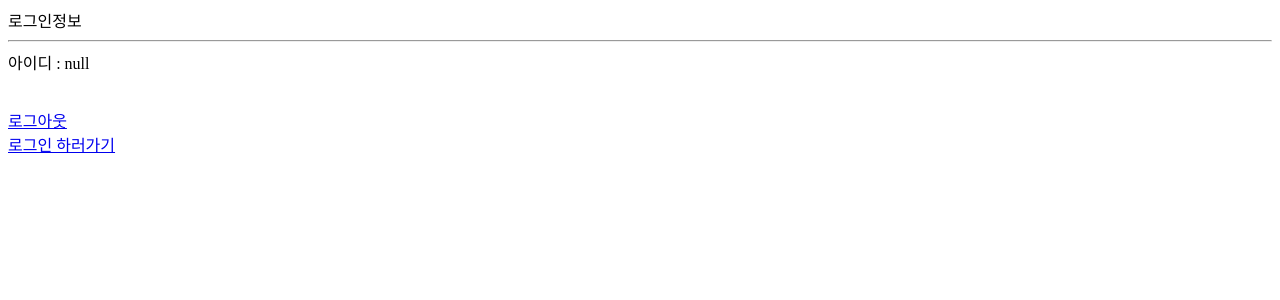
Repository: LetsBeLikeSophie/05_Android
Page: http://localhost/springHbe/cgiSession/showInfo.jsp
An editor plug-in stored every save of this project. The page is shown before and after the next save, followed by the edit.
The browser window is 1280 px wide. The pictures show the whole page.
The page is served by Tomcat 9. Other server files are loaded and not shown.

Above is the page before, as saved 2021-10-29 03:14:09.

### 211103/el_spring_hbe_work_로그인_세션_메일/springHbe/WebContent/cgiSession/showInfo.jsp
<%@ page language="java" contentType="text/html; charset=UTF-8" pageEncoding="UTF-8"%>
<%@ page import="a.b.c.com.cgi.session.K_Session"%>


<% request.setCharacterEncoding("UTF-8");%>
<%
	K_Session ks = K_Session.getInstance();

	String kID = ks.getSession(request);
%>
<!DOCTYPE html>
<html>
<head>
<meta charset="UTF-8">
<title>세션 정보 보기</title>
</head>
<body>
로그인정보
<hr>
아이디 : <%= kID %><p><br>

<a href="/springHbe/cgiSession/logout.jsp">로그아웃</a><br>
<a href="/springHbe/cgiSession/login.html">로그인 하러가기</a>
</body>
</html>

### 211103/el_spring_hbe_work_로그인_세션_메일/springHbe/src/a/b/c/com/common/K_Session.java
package a.b.c.com.cgi.session;

import javax.servlet.http.HttpServletRequest;
import javax.servlet.http.HttpSession;

public class K_Session {

	private static final String K_SESSION_ID = "KID";

	// 싱글톤 패턴 : Singleton pattern
	private static class LazyHolder{
		public static final K_Session SESSIONLISTENER_INSTANCE = new K_Session();
	}

	public static K_Session getInstance(){
		return LazyHolder.SESSIONLISTENER_INSTANCE;
	}

	public K_Session(){
		super();
	}

	public void killSession(final HttpServletRequest hReq){

		HttpSession hSession = hReq.getSession(false);
		if (hSession !=null) {
			hSession.removeAttribute(K_SESSION_ID);
			hSession.invalidate();
		}
	}

	public boolean setSession(final HttpServletRequest hReq, final String userID) {

		HttpSession hSession = hReq.getSession();
		String k_session_val = (String)hSession.getAttribute(K_SESSION_ID);
		int nCnt = 0;

		if (k_session_val !=null) {
			boolean b1 = k_session_val.equals(userID);

			if (b1) {
				nCnt++;
			}else {
				System.out.println("세션 없음 >>> : ");
			}
		}else {
			System.out.println("세션 없음 >>> : ");
		}

		if (nCnt == 0) {
//			hSession.invalidate();
			hSession.setAttribute(K_SESSION_ID, userID);
			hSession.setMaxInactiveInterval(60*60);

			return false;
		}
		return true;
	}

	public String getSession(final HttpServletRequest hReq){

		String strSession = "";
		HttpSession hSession = hReq.getSession(false);
		if (hSession !=null) {
			strSession = (String)hSession.getAttribute(K_SESSION_ID);
		}
		return strSession;
	}
}

After the next save:
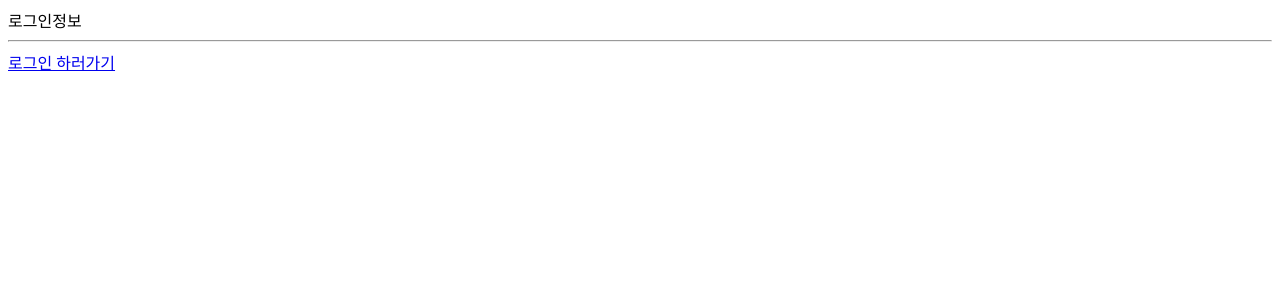
Saved 12 min 20 s later.
--- a/211103/el_spring_hbe_work_로그인_세션_메일/springHbe/WebContent/cgiSession/showInfo.jsp
+++ b/211103/el_spring_hbe_work_로그인_세션_메일/springHbe/WebContent/cgiSession/showInfo.jsp
@@ -17,9 +17,17 @@
 <body>
 로그인정보
 <hr>
-아이디 : <%= kID %><p><br>
-
-<a href="/springHbe/cgiSession/logout.jsp">로그아웃</a><br>
-<a href="/springHbe/cgiSession/login.html">로그인 하러가기</a>
+<%
+	if (kID !=null && kID.length() > 0) {
+%>
+	아이디 : <%= kID %><br>
+	<a href="/springHbe/cgiSession/logout.jsp">로그아웃</a><br>
+<%
+	}else{
+%>
+	<a href="/springHbe/cgiSession/login.html">로그인 하러가기</a>
+<%
+	}
+%>
 </body>
 </html>
